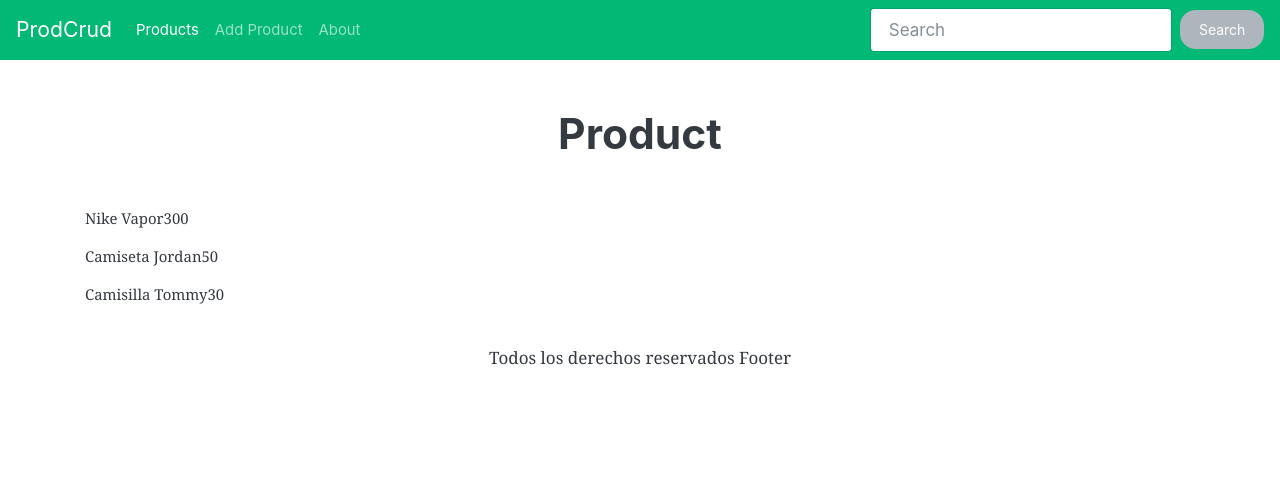
Repository: harrycampaz/router-reactjs
Page: /products
An editor plug-in stored every save of this project. The page is shown before and after the next save, followed by the edit.
The browser window is 1280 px wide. The pictures show the whole page.
The project was rebuilt for these pictures with package versions that can differ from the ones it lists, and the page was loaded fresh each time. Requests to the local data server were answered from the project's data file. Also part of the build but not shown: src/components/Product/AddProduct.js, src/components/Product/EditProduct.js.

Above is the page before, as saved 2020-01-24 22:03:18.

### public/index.html
<!DOCTYPE html>
<html lang="en">
  <head>
    <meta charset="utf-8" />
    <link rel="icon" href="%PUBLIC_URL%/favicon.ico" />
    <meta name="viewport" content="width=device-width, initial-scale=1" />
    <meta name="theme-color" content="#000000" />
    <meta
      name="description"
      content="Web site created using create-react-app"
    />
    <link rel="apple-touch-icon" href="%PUBLIC_URL%/logo192.png" />
    <!--
      manifest.json provides metadata used when your web app is installed on a
      user's mobile device or desktop. See https://developers.google.com/web/fundamentals/web-app-manifest/
    -->
    <link rel="manifest" href="%PUBLIC_URL%/manifest.json" />
    <link rel="stylesheet" href="/css/bootstrap.min.css">
    <!--
      Notice the use of %PUBLIC_URL% in the tags above.
      It will be replaced with the URL of the `public` folder during the build.
      Only files inside the `public` folder can be referenced from the HTML.

      Unlike "/favicon.ico" or "favicon.ico", "%PUBLIC_URL%/favicon.ico" will
      work correctly both with client-side routing and a non-root public URL.
      Learn how to configure a non-root public URL by running `npm run build`.
    -->
    <title>React App</title>
  </head>
  <body>
    <noscript>You need to enable JavaScript to run this app.</noscript>
    <div id="root"></div>
    <!--
      This HTML file is a template.
      If you open it directly in the browser, you will see an empty page.

      You can add webfonts, meta tags, or analytics to this file.
      The build step will place the bundled scripts into the <body> tag.

      To begin the development, run `npm start` or `yarn start`.
      To create a production bundle, use `npm run build` or `yarn build`.
    -->
  </body>
</html>

### src/App.js
import React, { useState, useEffect } from 'react';
import axios from "axios";

import { BrowserRouter as Router, Route, Switch } from 'react-router-dom';
import Products from './components/Product/Products';
import AddProduct from './components/Product/AddProduct';
import EditProduct from './components/Product/EditProduct';
import Product from './components/Product/Product';
import Header from './ui/Header';
import Footer from './ui/Footer';


function App() {

  const [products, setProducts]= useState([]);

  useEffect(()=> {

    fetchApi();

  }, [])

  const fetchApi = async () => {
    const result = await axios.get('http://localhost:4000/store');

    console.log(result.data);

    setProducts(result.data);

  }


  return (
    <Router>
      <Header/>
      <main className="container mt-5">
        <Switch>
          <Route exact path ="/products" render={() => (
            <Products products={products}/>
          )}/>
          <Route exact path ="/add-product" component={AddProduct}/>
          <Route exact path ="/products/:id" component={Product}/>
          <Route exact path ="/products/editar/:id" component={EditProduct}/>
        </Switch>
      </main>
      <Footer />
    </Router>

  );
}

export default App;

### src/components/Product/Products.js
import React, { Fragment } from 'react';
import Product from './Product';

function Products({products}) {
    return (
        <Fragment>
  <h1 className="text-center">Product</h1>

  <ul className="list-group mt-5">
      {products.map(product => (
          <Product key={product.id} product={product}/>
      ))}
  </ul>
        </Fragment>

    );
}

export default Products;

### src/components/Product/Product.js
import React from 'react';

function Product({product}) {
    return (

       <li className="list-group d-flex justify-content-between">
           <p>

{product.name}
    <span className="font-weght-bold">{product.precio}</span>
           </p>
           <div>

           </div>
       </li>
    );
}

export default Product;

### src/ui/Header.js
import React from 'react';
import { Link, NavLink } from 'react-router-dom';

const Header = (props) => (
    <nav className="navbar navbar-expand-lg navbar-dark bg-dark">

    <NavLink to="/products" className="navbar-brand"> ProdCrud
          </NavLink>
    <button className="navbar-toggler" type="button" data-toggle="collapse" data-target="#navbarColor03" aria-controls="navbarColor03" aria-expanded="false" aria-label="Toggle navigation">
      <span className="navbar-toggler-icon"></span>
    </button>

    <div className="collapse navbar-collapse" id="navbarColor03">
      <ul className="navbar-nav mr-auto">
        <li className="nav-item active">
          <NavLink to="/products" className="nav-link" activeClassName="active" > Products
          </NavLink>
        </li>
        <li className="nav-item">
        <NavLink to="/add-product" className="nav-link"  activeClassName="active"> Add Product
          </NavLink>
        </li>

        <li className="nav-item">
          <a className="nav-link" href="#">About</a>
        </li>
      </ul>
      <form className="form-inline my-2 my-lg-0">
        <input className="form-control mr-sm-2" type="text" placeholder="Search" />
        <button className="btn btn-secondary my-2 my-sm-0" type="submit">Search</button>
      </form>
    </div>
</nav>
);

export default Header;

### src/ui/Footer.js
import React from 'react';

const Footer = (props) => (
            <div>
                <p className="mt-4 p2 text-center">
                Todos los derechos reservados Footer </p>
            </div>
    );

export default Footer;

### db.json
{
    "store" : [
        {
            "id": 1,
            "name": "Nike Vapor",
            "precio": "300",
            "description": "Tenis muy comodas"
        },
        {
            "id": 2,
            "name": "Camiseta Jordan",
            "precio": "50",
            "description": "Camiseta tipo buso"
        },
        {
            "id": 3,
            "name": "Camisilla Tommy",
            "precio": "30",
            "description": "Camisilla de tela fria"
        }
    ]
}

Loaded but not shown: src/index.js (common file); src/index.css (common file); src/serviceWorker.js (common file); public/css/bootstrap.min.css (library)

After the next save:
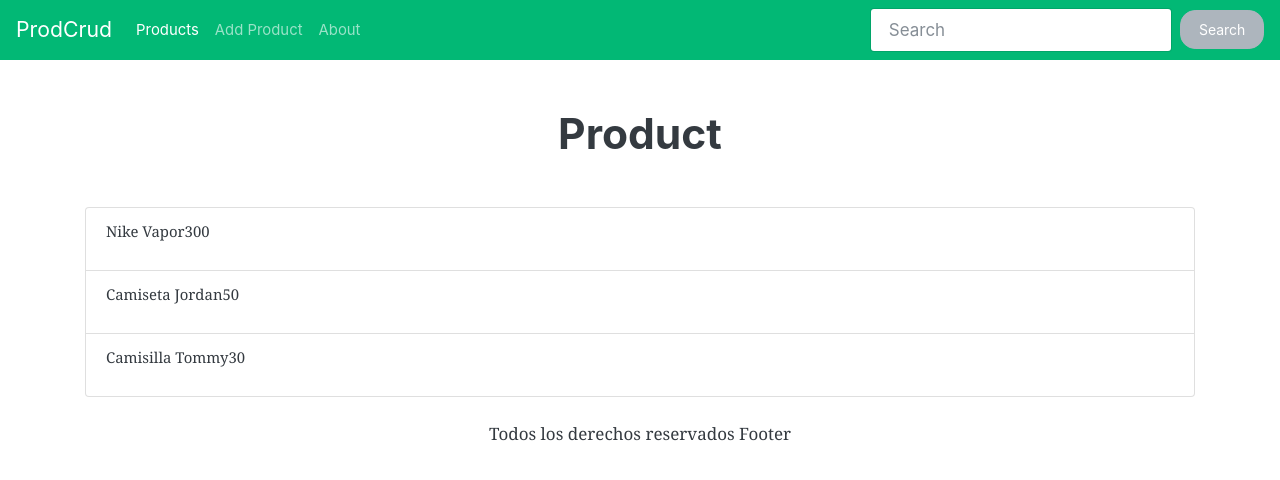
Saved 18 s later.
--- a/src/components/Product/Product.js
+++ b/src/components/Product/Product.js
@@ -3,7 +3,7 @@ import React from 'react';
 function Product({product}) {
     return (
 
-       <li className="list-group d-flex justify-content-between">
+       <li className="list-group-item d-flex justify-content-between">
            <p>
 
 {product.name}
